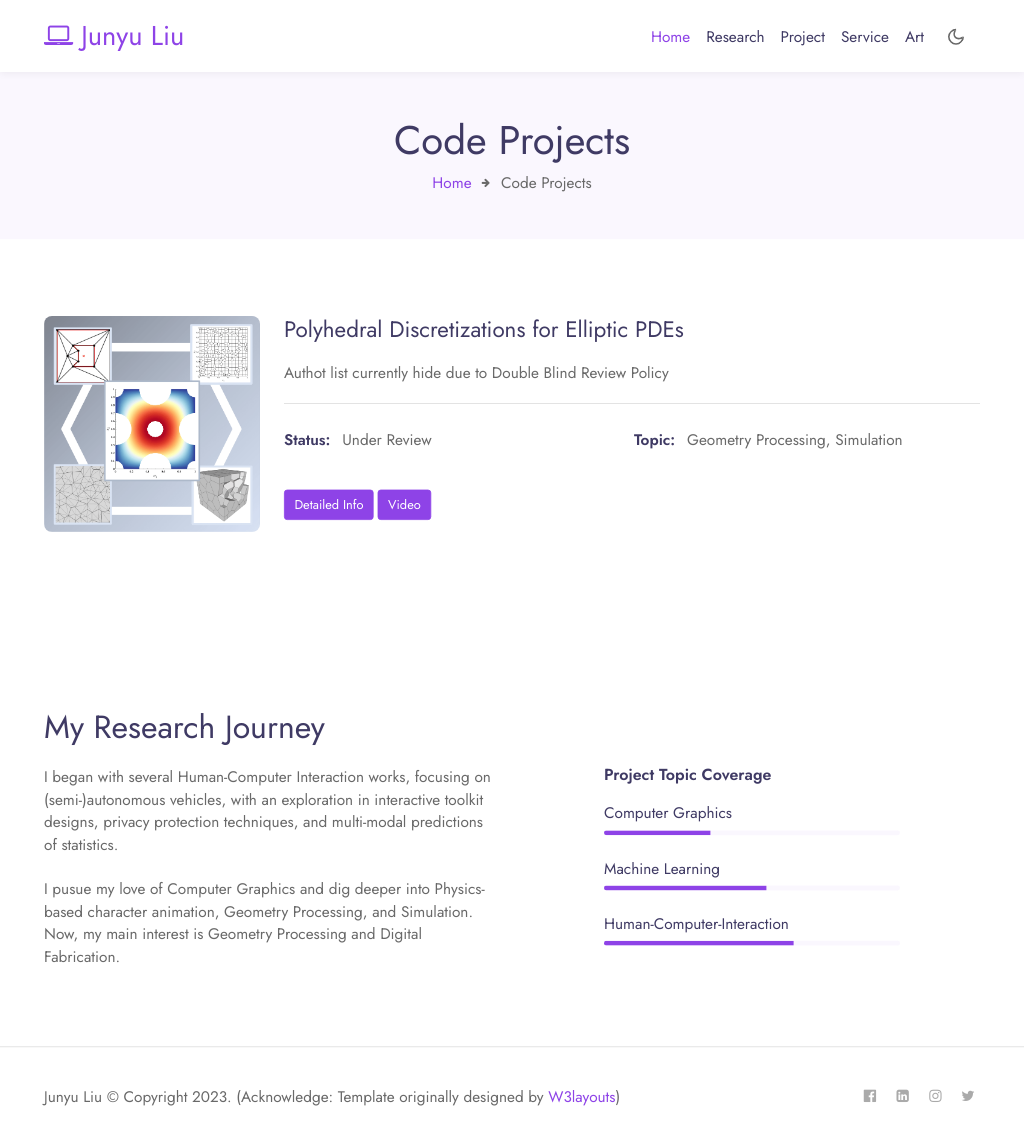
Repository: Junyu-Liu-Nate/junyu-liu-nate.github.io
Page: project.html
These files come from the project's save history. The page is drawn as it stood at one moment and after the next save; the edit follows.
The browser window is 1280 px wide. The pictures show the whole page, at 80% of full size.

Above is the page before, as saved 2024-04-10 17:56:25.
Console error: TypeError: Cannot read properties of null (reading 'classList')

### project.html
<!--
Author: Junyu Liu
Author: W3layouts
Author URL: http://w3layouts.com
-->
<!doctype html>
<html lang="en">

<head>
  <!-- Required meta tags -->
  <meta charset="utf-8">
  <meta name="viewport" content="width=device-width, initial-scale=1, shrink-to-fit=no">

  <title>Junyu Liu - Projects</title>

  <!-- google fonts -->
  <link href="//fonts.googleapis.com/css2?family=Jost:wght@300;400;600&display=swap" rel="stylesheet">

  <!-- Template CSS -->
  <link rel="stylesheet" href="assets/css/style-starter.css">
</head>

<body>
<!-- header -->
<header id="site-header" class="fixed-top">
  <div class="container">
      <nav class="navbar navbar-expand-lg stroke">
          <a class="navbar-brand" href="index.html">
              <span class="fa fa-laptop"></span> Junyu Liu
          </a>
          <!-- if logo is image enable this
      <a class="navbar-brand" href="#index.html">
          <img src="image-path" alt="Your logo" title="Your logo" style="height:35px;" />
      </a> -->
          <button class="navbar-toggler  collapsed bg-gradient" type="button" data-toggle="collapse"
              data-target="#navbarTogglerDemo02" aria-controls="navbarTogglerDemo02" aria-expanded="false"
              aria-label="Toggle navigation">
              <span class="navbar-toggler-icon fa icon-expand fa-bars"></span>
              <span class="navbar-toggler-icon fa icon-close fa-times"></span>
              </span>
          </button>

          <div class="collapse navbar-collapse" id="navbarTogglerDemo02">
            <ul class="navbar-nav ml-auto">
                <li class="nav-item active">
                    <a class="nav-link" href="index.html">Home <span class="sr-only">(current)</span></a>
                </li>
                <li class="nav-item @@research_active">
                    <a class="nav-link" href="research.html">Research</a>
                </li>
                <li class="nav-item @@project_active">
                  <a class="nav-link" href="project.html">Project</a>
                </li>
                <li class="nav-item @@service_active">
                  <a class="nav-link" href="service.html">Service</a>
                </li>
                <li class="nav-item @@art_active">
                    <a class="nav-link" href="art.html">Art</a>
                </li>
            </ul>
        </div>
          <!-- toggle switch for light and dark theme -->
          <div class="mobile-position">
              <nav class="navigation">
                  <div class="theme-switch-wrapper">
                      <label class="theme-switch" for="checkbox">
                          <input type="checkbox" id="checkbox">
                          <div class="mode-container">
                              <i class="gg-sun"></i>
                              <i class="gg-moon"></i>
                          </div>
                      </label>
                  </div>
              </nav>
          </div>
          <!-- //toggle switch for light and dark theme -->
      </nav>
  </div>
</header>
<!-- //header -->

<!-- about breadcrumb -->
<section class="w3l-about-breadcrumb text-center">
    <div class="breadcrumb-bg breadcrumb-bg-about py-sm-5 py-4">
        <div class="container py-2">
            <h2 class="title">Code Projects</h2>
            <ul class="breadcrumbs-custom-path mt-2">
                <li><a href="index.html">Home</a></li>
                <li class="active"><span class="fa fa-arrow-right mx-2" aria-hidden="true"></span> Code Projects </li>
            </ul>
        </div>
    </div>
</section>
<!-- //about breadcrumb -->

<!-- about page about section -->
<section class="w3l-aboutblock1" id="about">
    <div class="midd-w3 py-5">
        <div class="container py-lg-5 py-md-3">
              <div class="row">
                <div class="col-lg-3">
                  <div class="position-relative">
                      <img src="assets/images/project/thumnail/port-FEM-vs-VEM.png" alt="" class="radius-image img-fluid">
                  </div>
                </div>
                <div class="col-lg-9 mt-lg-0 mt-5">
                    <!-- <h5 class="title-small mb-2">Hello, I am UI/UX Designer</h5> -->
                    <h3 class="title">Polyhedral Discretizations for Elliptic PDEs</h3>
                    <p class="mt-4">
                      Authot list currently hide due to Double Blind Review Policy
                    </p>
                    <!-- <p class="mt-4">Proposed, developed and validated the first formalization method of Feint actions, the Palindrome-directed Generation of Feint. Designed and developed an automatic Feint generation model, FeintNet, to incorporate action-level policy designs with the formalization, enabling the effectiveness of Feint in multi-agent scenarios. The experiment results show that Feint actions brings overall benefits and introduce a great extent of diversity in Multi-Player Games.</p> -->
                    <div class="my-info mt-4">
                        <div class="single-info"><span>Status:</span>
                            <p>Under Review</p>
                        </div>
                        <div class="single-info"><span>Topic:</span>
                          <p>Geometry Processing, Simulation</p>
                        </div>
                    </div>
                    <div class="mt-sm-5 mt-4">
                      <a href="projects/Polygedral.html" class="btn btn-primary">Detailed Info</a>
                      <a href="https://youtu.be/e83U_-0MTHk" class="btn btn-primary">Video</a>
                      <!-- <a href="#download" class="btn btn-primary">Paper</a> -->
                      <!-- <a href="#download" class="btn btn-primary">Code</a> -->
                      <!-- <a href="#download" class="btn btn-primary">Video</a> -->
                    </div>
                    <!-- <div class="my-social mt-lg-3 mt-4">
                        <a href="#download" class="btn btn-style btn-primary">Detailed Info</a>
                        <ul class="social m-0 p-0">
                            <a href="#download" class="btn btn-outline-primary btn-style mr-2">Website</a>
                            <a href="#download" class="btn btn-outline-primary btn-style mr-2">Paper</a>
                            <a href="#download" class="btn btn-outline-primary btn-style mr-2">Code</a>
                        </ul>
                    </div> -->
                </div>
            </div>

            <!-- <p><br>-----------------------------------------------------------------------------------------------------------------------------------------------------------------------------------<br><br></p> -->
            <p><br></p>

        </div>
    </div>
</section>
<!-- //about page about section -->

<!-- about page third section -->
<section class="w3l-content-6 py-5">
    <div class="content-6-mian py-lg-5 py-md-4">
        <div class="container">
            <div class="content-info-in row">
                <div class="content-gd col-lg-6">
                    <h3 class="title-big mb-4">My Research Journey</h3>
                    <p>
                      I began with several Human-Computer Interaction works, focusing on (semi-)autonomous vehicles, with an exploration in interactive toolkit designs, privacy protection techniques, and multi-modal predictions of statistics.
                      <br><br>

                      I pusue my love of Computer Graphics and dig deeper into Physics-based character animation, Geometry Processing, and Simulation. Now, my main interest is Geometry Processing and Digital Fabrication.
                    </p>
                </div>
                <div class="content-gd col-lg-4 offset-lg-1">
                    <br><br><br>
                    <h5><b>Project Topic Coverage</b></h5><br>
                    <div class="progress-info">
                        <h6 class="progress-tittle">Computer Graphics</h6>
                        <div class="progress">
                            <div class="progress-bar progress-bar-striped" role="progressbar" style="width: 36%"
                                aria-valuenow="36" aria-valuemin="0" aria-valuemax="100">
                            </div>
                        </div>
                    </div>
                    <div class="progress-info">
                        <h6 class="progress-tittle">Machine Learning
                        </h6>
                        <div class="progress">
                            <div class="progress-bar progress-bar-striped" role="progressbar" style="width: 55%"
                                aria-valuenow="55" aria-valuemin="0" aria-valuemax="100">
                            </div>
                        </div>
                    </div>
                    <div class="progress-info">
                        <h6 class="progress-tittle">Human-Computer-Interaction</h6>
                        <div class="progress">
                            <div class="progress-bar progress-bar-striped" role="progressbar" style="width: 64%"
                                aria-valuenow="64" aria-valuemin="0" aria-valuemax="100">
                            </div>
                        </div>
                    </div>
                </div>
            </div>
        </div>
    </div>
</section>
<!-- about page third section -->

<!-- Footer -->
<section class="w3l-footer py-sm-5 py-4">
  <div class="container">
    <div class="footer-content">
      <div class="row">
        <div class="col-lg-8 footer-left">
          <p class="m-0">Junyu Liu © Copyright 2023. (Acknowledge: Template originally designed by <a href="https://w3layouts.com">W3layouts</a>)</p>
        </div>
        <div class="col-lg-4 footer-right text-lg-right text-center mt-lg-0 mt-3">
          <ul class="social m-0 p-0">
            <li><a href="#facebook"><span class="fa fa-facebook-official"></span></a></li>
            <li><a href="#linkedin"><span class="fa fa-linkedin-square"></span></a></li>
            <li><a href="#instagram"><span class="fa fa-instagram"></span></a></li>
            <li><a href="#twitter"><span class="fa fa-twitter"></span></a></li>
          </ul>
        </div>
      </div>
    </div>
  </div>

  <!-- move top -->
  <button onclick="topFunction()" id="movetop" title="Go to top">
    <span class="fa fa-angle-up"></span>
  </button>
  <script>
    // When the user scrolls down 20px from the top of the document, show the button
    window.onscroll = function () {
      scrollFunction()
    };

    function scrollFunction() {
      if (document.body.scrollTop > 20 || document.documentElement.scrollTop > 20) {
        document.getElementById("movetop").style.display = "block";
      } else {
        document.getElementById("movetop").style.display = "none";
      }
    }

    // When the user clicks on the button, scroll to the top of the document
    function topFunction() {
      document.body.scrollTop = 0;
      document.documentElement.scrollTop = 0;
    }
  </script>
  <!-- /move top -->
</section>
<!-- //Footer -->

<!-- all js scripts and files here -->

<script src="assets/js/theme-change.js"></script><!-- theme switch js (light and dark)-->

<script src="assets/js/jquery-3.3.1.min.js"></script><!-- default jQuery -->

<!-- /typig-text-->
<script>
  const typedTextSpan = document.querySelector(".typed-text");
  const cursorSpan = document.querySelector(".cursor");

  const textArray = ["UI/UX Designer", "Freelancer", "Web developer"];
  const typingDelay = 200;
  const erasingDelay = 10;
  const newTextDelay = 100; // Delay between current and next text
  let textArrayIndex = 0;
  let charIndex = 0;

  function type() {
    if (charIndex < textArray[textArrayIndex].length) {
      if (!cursorSpan.classList.contains("typing")) cursorSpan.classList.add("typing");
      typedTextSpan.textContent += textArray[textArrayIndex].charAt(charIndex);
      charIndex++;
      setTimeout(type, typingDelay);
    } else {
      cursorSpan.classList.remove("typing");
      setTimeout(erase, newTextDelay);
    }
  }

  function erase() {
    if (charIndex > 0) {
      // add class 'typing' if there's none
      if (!cursorSpan.classList.contains("typing")) {
        cursorSpan.classList.add("typing");
      }
      typedTextSpan.textContent = textArray[textArrayIndex].substring(0, 0);
      charIndex--;
      setTimeout(erase, erasingDelay);
    } else {
      cursorSpan.classList.remove("typing");
      textArrayIndex++;
      if (textArrayIndex >= textArray.length) textArrayIndex = 0;
      setTimeout(type, typingDelay);
    }
  }

  document.addEventListener("DOMContentLoaded", function () { // On DOM Load initiate the effect
    if (textArray.length) setTimeout(type, newTextDelay + 250);
  });
</script>
<!-- //typig-text-->

<!-- services owlcarousel -->
<script src="assets/js/owl.carousel.js"></script>

<!-- script for services -->
<script>
  $(document).ready(function () {
    $('.owl-two').owlCarousel({
      loop: true,
      margin: 30,
      nav: false,
      responsiveClass: true,
      autoplay: false,
      autoplayTimeout: 5000,
      autoplaySpeed: 1000,
      autoplayHoverPause: false,
      responsive: {
        0: {
          items: 1,
          nav: false
        },
        480: {
          items: 1,
          nav: false
        },
        700: {
          items: 1,
          nav: false
        },
        1090: {
          items: 3,
          nav: false
        }
      }
    })
  })
</script>
<!-- //script for services -->

<!-- script for tesimonials carousel slider -->
<script>
  $(document).ready(function () {
    $("#owl-demo1").owlCarousel({
      loop: true,
      margin: 20,
      nav: false,
      responsiveClass: true,
      responsive: {
        0: {
          items: 1,
          nav: false
        },
        736: {
          items: 1,
          nav: false
        },
        1000: {
          items: 2,
          nav: false,
          loop: false
        }
      }
    })
  })
</script>
<!-- //script for tesimonials carousel slider -->

<!-- video popup -->
<script src="assets/js/jquery.magnific-popup.min.js"></script>
<script>
  $(document).ready(function () {
    $('.popup-with-zoom-anim').magnificPopup({
      type: 'inline',

      fixedContentPos: false,
      fixedBgPos: true,

      overflowY: 'auto',

      closeBtnInside: true,
      preloader: false,

      midClick: true,
      removalDelay: 300,
      mainClass: 'my-mfp-zoom-in'
    });

    $('.popup-with-move-anim').magnificPopup({
      type: 'inline',

      fixedContentPos: false,
      fixedBgPos: true,

      overflowY: 'auto',

      closeBtnInside: true,
      preloader: false,

      midClick: true,
      removalDelay: 300,
      mainClass: 'my-mfp-slide-bottom'
    });
  });
</script>
<!-- //video popup -->

<!-- stats number counter-->
<script src="assets/js/jquery.waypoints.min.js"></script>
<script src="assets/js/jquery.countup.js"></script>
<script>
  $('.counter').countUp();
</script>
<!-- //stats number counter -->

<!-- disable body scroll which navbar is in active -->
<script>
  $(function () {
    $('.navbar-toggler').click(function () {
      $('body').toggleClass('noscroll');
    })
  });
</script>
<!-- disable body scroll which navbar is in active -->

<!--/MENU-JS-->
<script>
  $(window).on("scroll", function () {
    var scroll = $(window).scrollTop();

    if (scroll >= 80) {
      $("#site-header").addClass("nav-fixed");
    } else {
      $("#site-header").removeClass("nav-fixed");
    }
  });

  //Main navigation Active Class Add Remove
  $(".navbar-toggler").on("click", function () {
    $("header").toggleClass("active");
  });
  $(document).on("ready", function () {
    if ($(window).width() > 991) {
      $("header").removeClass("active");
    }
    $(window).on("resize", function () {
      if ($(window).width() > 991) {
        $("header").removeClass("active");
      }
    });
  });
</script>
<!--//MENU-JS-->

<!-- bootstrap js -->
<script src="assets/js/bootstrap.min.js"></script>

</body>

</html>

Loaded but not shown: assets/css/style-starter.css (library); assets/js/theme-change.js (common file); assets/js/jquery-3.3.1.min.js (library); assets/js/owl.carousel.js (library); assets/js/jquery.magnific-popup.min.js (library); assets/js/jquery.waypoints.min.js (library); assets/js/jquery.countup.js (common file); assets/js/bootstrap.min.js (library)

After the next save:
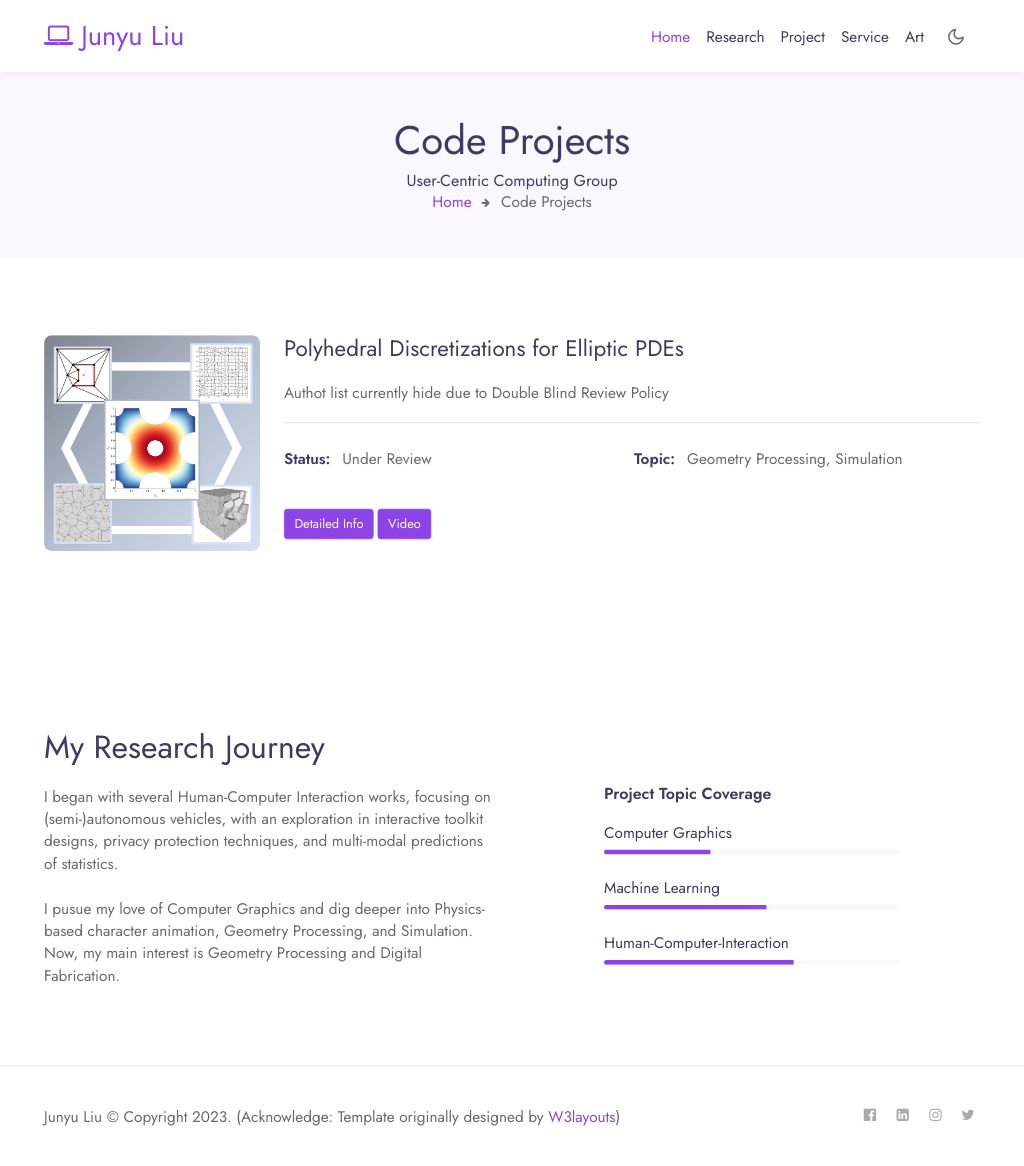
Saved 3 min 22 s later.
--- a/project.html
+++ b/project.html
@@ -85,6 +85,7 @@ Author URL: http://w3layouts.com
         <div class="container py-2">
             <h2 class="title">Code Projects</h2>
             <ul class="breadcrumbs-custom-path mt-2">
+              <h5>User-Centric Computing Group</h5>
                 <li><a href="index.html">Home</a></li>
                 <li class="active"><span class="fa fa-arrow-right mx-2" aria-hidden="true"></span> Code Projects </li>
             </ul>
